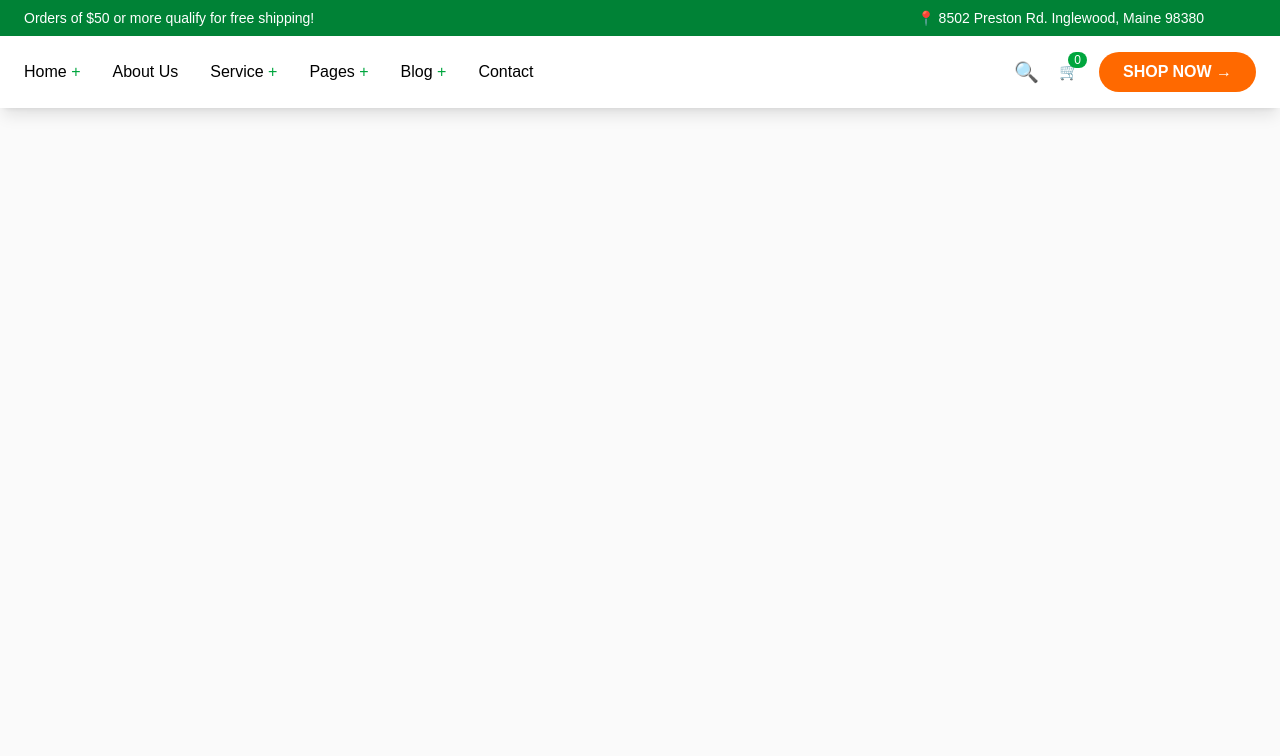
Repository: sawon687/Ass-scic-9-Ecomerce-Project
Page: /
An editor plug-in stored every save of this project. The page is shown before and after a run of saves, followed by the edit.
The browser window is 1280 px wide. The pictures show the whole page.
The project was rebuilt for these pictures with package versions that can differ from the ones it lists, and the page was loaded fresh each time. The framework's server and built-in components were replaced by stand-ins that run in the browser. Also part of the build but not shown: next.config.mjs.

Above is the page before, as saved 2026-01-13 22:52:09.

### src/app/layout.js
import { Geist, Geist_Mono } from "next/font/google";
import "./globals.css";
import Navbar from "./Components/Navbar/Navbar";

const geistSans = Geist({
  variable: "--font-geist-sans",
  subsets: ["latin"],
});

const geistMono = Geist_Mono({
  variable: "--font-geist-mono",
  subsets: ["latin"],
});

export const metadata = {
  title: "Create Next App",
  description: "Generated by create next app",
};

export default function RootLayout({ children }) {
  return (
    <html lang="en">
      <body
        className={`${geistSans.variable} ${geistMono.variable} antialiased`}
      >
        <Navbar></Navbar>
        {children}
      </body>
    </html>
  );
}

### src/app/page.jsx
import Image from "next/image";

export default function Home() {
  return (
    <div className="flex min-h-screen items-center justify-center bg-zinc-50 f">

    </div>
  );
}

### src/app/globals.css
@import "tailwindcss";

:root {
  --background: #ffffff;

}



body {
  background: var(--background);
  color: var(--foreground);
  font-family: Arial, Helvetica, sans-serif;
}

### src/app/Components/Navbar/Navbar.jsx
import React from 'react';

const Navbar = () => {
    return (
        <div className=''>
           {/* <!-- TOP INFO BAR --> */}
<div class="bg-green-700 text-white text-sm">
  <div class="max-w-7xl mx-auto flex justify-between items-center px-6 py-2">
    <p>Orders of $50 or more qualify for free shipping!</p>
    <div class="flex items-center gap-4">
      <span>📍 8502 Preston Rd. Inglewood, Maine 98380</span>
      <span class="flex gap-3">
        <i class="fab fa-facebook-f"></i>
        <i class="fab fa-twitter"></i>
        <i class="fab fa-instagram"></i>
        <i class="fab fa-linkedin-in"></i>
      </span>
    </div>
  </div>
</div>

{/* <!-- MAIN NAVBAR --> */}
<nav class="bg-white w-full fixed shadow-lg">
  <div class="max-w-7xl mx-auto px-6 py-4 flex items-center justify-between">



    {/* <!-- MENU --> */}
    <ul class="hidden md:flex items-center gap-8 font-medium">
      <li class="hover:text-green-600 cursor-pointer">Home <span class="text-green-600">+</span></li>
      <li class="hover:text-green-600 cursor-pointer">About Us</li>
      <li class="hover:text-green-600 cursor-pointer">Service <span class="text-green-600">+</span></li>
      <li class="hover:text-green-600 cursor-pointer">Pages <span class="text-green-600">+</span></li>
      <li class="hover:text-green-600 cursor-pointer">Blog <span class="text-green-600">+</span></li>
      <li class="hover:text-green-600 cursor-pointer">Contact</li>
    </ul>

    {/* <!-- RIGHT ACTIONS --> */}
    <div class="flex items-center gap-5">
      {/* <!-- Search --> */}
      <button class="text-xl">🔍</button>

      {/* <!-- Cart --> */}
      <div class="relative">
        🛒
        <span class="absolute -top-2 -right-2 bg-green-600 text-white text-xs px-1.5 rounded-full">
          0
        </span>
      </div>

      {/* <!-- Button --> */}
      <button class="bg-orange-500 hover:bg-orange-600 text-white px-6 py-2 rounded-full font-semibold">
        SHOP NOW →
      </button>
    </div>

  </div>
</nav>

        </div>
    );
};

export default Navbar;

After the next 2 saves:
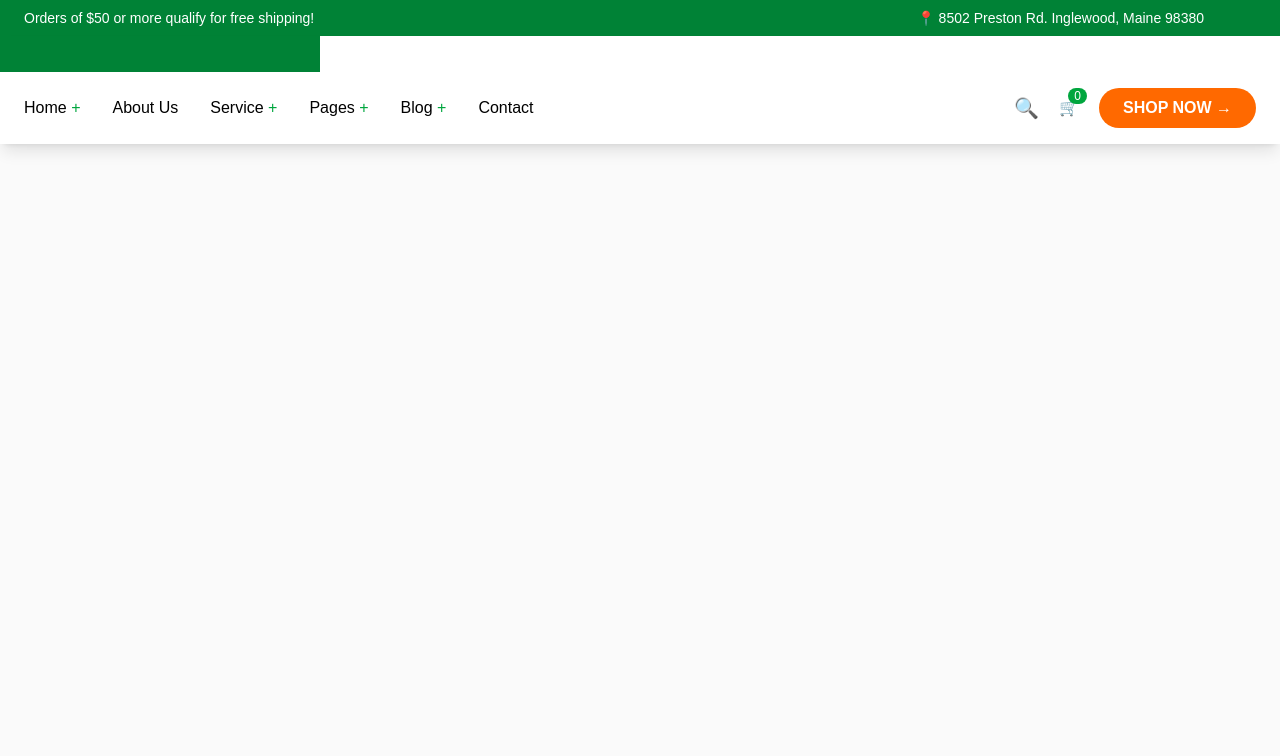
The 2 saves are shown as one change because they came seconds apart.
The last was saved 5 s later.
--- a/src/app/Components/Navbar/Navbar.jsx
+++ b/src/app/Components/Navbar/Navbar.jsx
@@ -21,6 +21,10 @@
 
 {/* <!-- MAIN NAVBAR --> */}
 <nav class="bg-white w-full fixed shadow-lg">
+  {/* <!-- LOGO --> */}
+    <div class="flex items-center gap-2 h-full bg-green-700  w-xs">
+      <span class="text-3xl font-bold text-green-700">Frutin</span>
+    </div>
   <div class="max-w-7xl mx-auto px-6 py-4 flex items-center justify-between">
 
 
